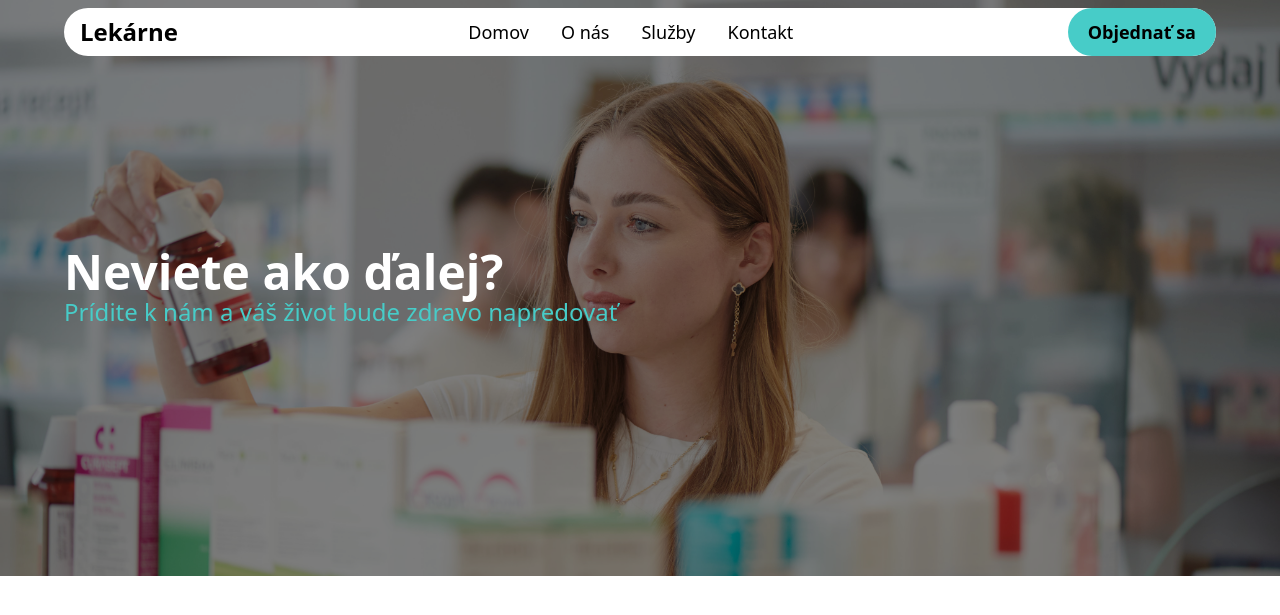
Repository: SimonSkoda13/Lekaren
Page: /
The author's editor kept a copy of each file at every save. The page is drawn from the files as they stood at one save, then again after the next save.
The browser window is 1280 px wide. The pictures show the whole page.
The project was rebuilt for these pictures with package versions that can differ from the ones it lists, and the page was loaded fresh each time. The framework's server and built-in components were replaced by stand-ins that run in the browser. Also part of the build but not shown: next.config.js.

Above is the page before, as saved 2023-04-22 17:13:29.

After the next save:
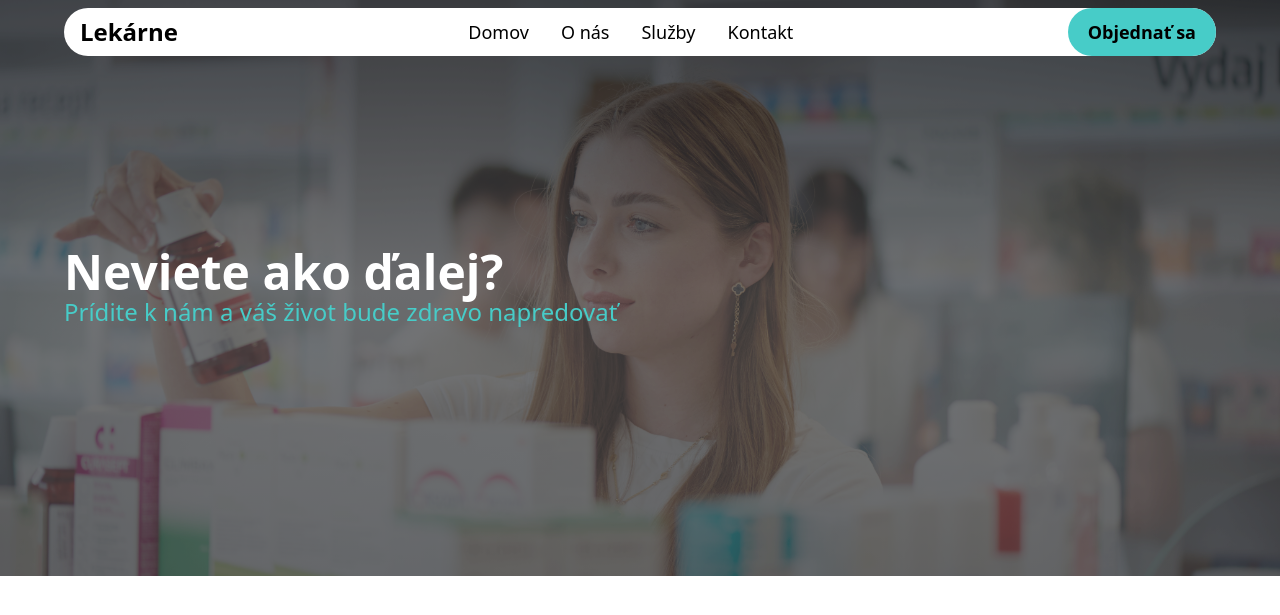
Saved 21 s later.
--- a/src/app/components/HomeHero/HomeHero.tsx
+++ b/src/app/components/HomeHero/HomeHero.tsx
@@ -23,7 +23,6 @@ export const HomeHero = (props: HomeHeroProps) => {
               objectFit: "cover",
               objectPosition: "center",
             }}
-            className="z-20"
           />
         </ImageGradient>
       </div>
